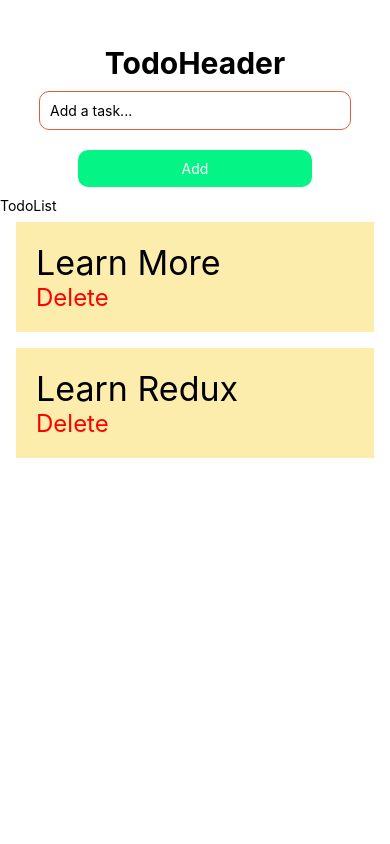
Repository: itadori17/Redux-Todo
Screen: /
The author's editor kept a copy of each file at every save. The screen is drawn from the files as they stood at one save, then again after the next save.
The app was drawn by React Native's web renderer in a window 390 px wide. The project was rebuilt for these pictures with package versions that can differ from the ones it lists, and the page was loaded fresh each time.

Above is the screen before, as saved 2022-08-16 16:47:16.

### App.js
import { StatusBar } from 'expo-status-bar';
import { StyleSheet, Text, View, SafeAreaView } from 'react-native';

//importing Todo
import TodoHeader from './src/components/TodoHeader';
//importing Todolist
import TodoList from './src/components/TodoList';
export default function App() {

  const RootApp = () => {
    return (
      <SafeAreaView>
        <TodoHeader/>
        <TodoList/>
      </SafeAreaView>
    );
  };

  return (
    <View>
      <RootApp/>
    </View>
  );
}

### src/components/TodoHeader.js
import { StyleSheet, Text, TextInput, TouchableOpacity, View } from 'react-native';
import React, {useState} from 'react';

const TodoHeader = () => {

    const [todo, setTodo] = useState('');

    return (
        <View>
            <Text style={{
                fontSize: 30,
                fontWeight: 'bold',
                textAlign: 'center',
                marginTop: 45,
            }}
            >
             TodoHeader
                </Text>
                <View
                    style={{
                        justifyContent: 'center',
                        alignItems: 'center',
                    }}
                >
                <TextInput
                    style={{
                        borderColor: '#DE603A',
                        borderWidth: 1,
                        padding: 10,
                        margin: 10,
                        width: '80%',
                        borderRadius: 10,
                    }}
                    placeholder="Add a task..."
                    onChangeText={(text) => setTodo(text)}
                    value={todo}
                />
                <TouchableOpacity
                style={{
                    backgroundColor: '#04F585',
                    padding: 10,
                    margin: 10,
                    width: '60%',
                    borderRadius: 10,
                    alignItems: 'center',

                }}
                onPress={() => {
                    setTodo('');
                }}
                >
                    <Text style={{ color: 'white' }} >Add</Text>
                </TouchableOpacity>
                </View>
        </View>
    );
};

export default TodoHeader;

const styles = StyleSheet.create({

});

### src/components/TodoList.js
import { FlatList, StyleSheet, Text, View } from 'react-native'
import React from 'react'

const data = [
    {
        id: 1,
        title: "Learn More",
    },
    {
        id: 2,
        title: "Learn Redux",
    },

]

const renderItem = ({ item } )=> {
    return (
        <View style={styles.item}>
            <Text style={styles.title}>{item.title}</Text>
            <Text style={styles.delete}>Delete</Text>
        </View>
    )
}

const TodoList = () => {
  return (
    <View>
      <Text>TodoList</Text>
      <FlatList
      data={data}
      renderItem={renderItem}
      keyExtractor={(item) => item.id.toString()}
      />

    </View>
  )
}

export default TodoList

const styles = StyleSheet.create({
    item: {
        backgroundColor: '#FCEDAD',
        padding: 20,
        marginVertical: 8,
        marginHorizontal: 16,
    },
    title: {
        fontSize: 34,
    },
    delete: {
        fontSize: 24,
        color: 'red',
    }
})

After the next save:
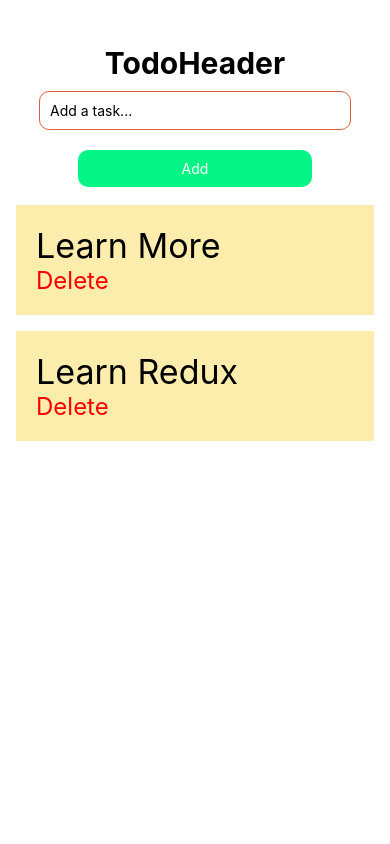
Saved 20 s later.
--- a/src/components/TodoList.js
+++ b/src/components/TodoList.js
@@ -25,7 +25,7 @@ const renderItem = ({ item } )=> {
 const TodoList = () => {
   return (
     <View>
-      <Text>TodoList</Text>
+
       <FlatList
       data={data}
       renderItem={renderItem}
